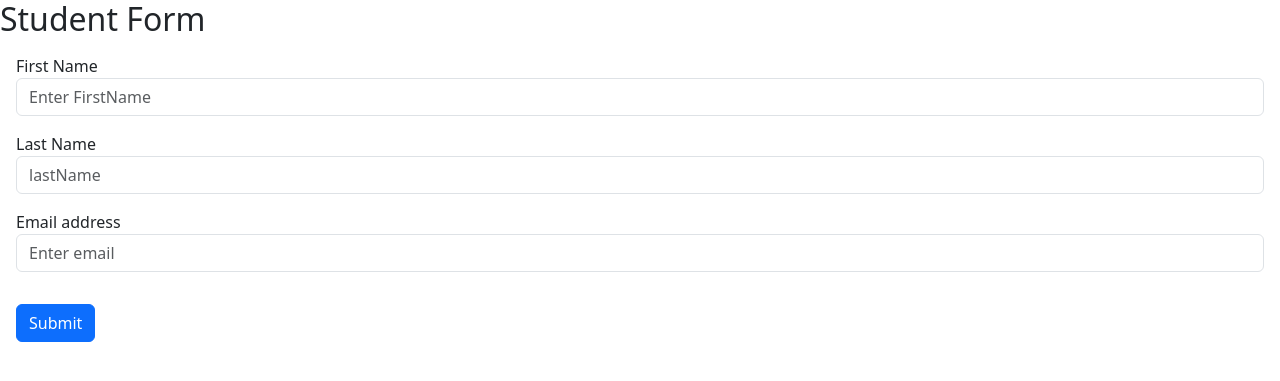
Repository: vedang03/servlet-jsp
Page: http://localhost/11-student-mvc/add-student.jsp
These files come from the project's save history. The page is drawn as it stood at one moment and after the next save; the edit follows.
The browser window is 1280 px wide. The pictures show the whole page.
The page is served by Tomcat 9. Other server files are loaded and not shown.

Above is the page before, as saved 2023-10-17 05:50:29.

### 11-student-mvc/WebContent/add-student.jsp
<%@ page language="java" contentType="text/html; charset=ISO-8859-1"
	pageEncoding="ISO-8859-1"%>
<!DOCTYPE html>
<html>
<head>
<meta charset="ISO-8859-1">
<title>Insert title here</title>
</head>
<body>
	<h2>Student Form</h2>
	<form action="StudentController.java">
		<div class="form-group m-3">
			<label for="exampleInputEmail1">First Name</label> <input type="text"
				class="form-control" name="firstName" placeholder="Enter FirstName">

		</div>
		<div class="col m-3">
			<label for="exampleInputName">Last Name</label> <input type="text"
				class="form-control" name="lastName" placeholder="lastName">
		</div>

		<div class="form-group m-3">
			<label for="exampleInputEmail1">Email address</label> <input
				type="email" class="form-control" name="email"
				id="exampleInputEmail1" aria-describedby="emailHelp"
				placeholder="Enter email">

		</div>

		<div>
	</form>

	<button type="submit" class="btn btn-primary m-3">Submit</button>

	<link
		href="https://cdn.jsdelivr.net/npm/bootstrap@5.3.2/dist/css/bootstrap.min.css"
		rel="stylesheet"
		integrity="sha384-T3c6CoIi6uLrA9TneNEoa7RxnatzjcDSCmG1MXxSR1GAsXEV/Dwwykc2MPK8M2HN"
		crossorigin="anonymous">
	<script
		src="https://cdn.jsdelivr.net/npm/bootstrap@5.3.2/dist/js/bootstrap.bundle.min.js"
		integrity="sha384-C6RzsynM9kWDrMNeT87bh95OGNyZPhcTNXj1NW7RuBCsyN/o0jlpcV8Qyq46cDfL"
		crossorigin="anonymous"></script>
</body>
</html>

After the next save:
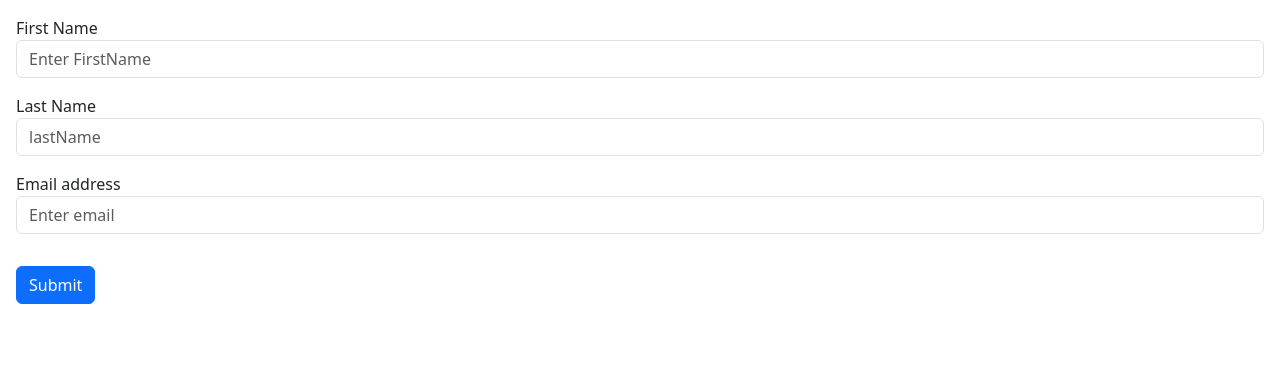
Saved 38 s later.
--- a/11-student-mvc/WebContent/add-student.jsp
+++ b/11-student-mvc/WebContent/add-student.jsp
@@ -7,7 +7,7 @@
 <title>Insert title here</title>
 </head>
 <body>
-	<h2>Student Form</h2>
+
 	<form action="StudentController.java">
 		<div class="form-group m-3">
 			<label for="exampleInputEmail1">First Name</label> <input type="text"
